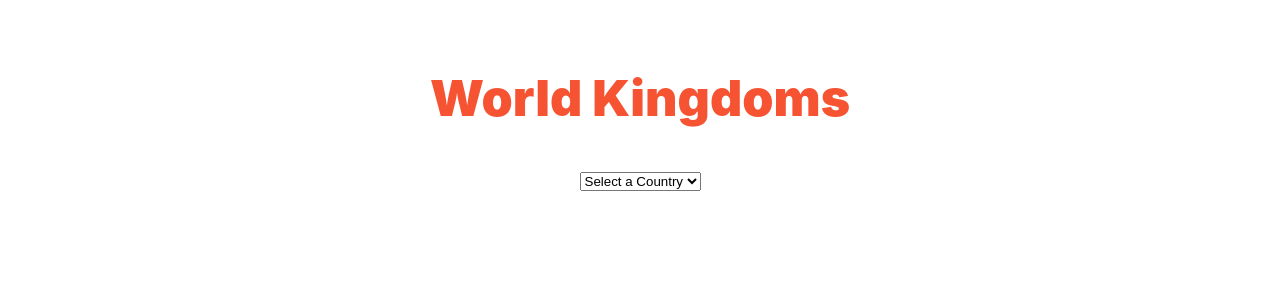
Repository: GloGlorGloria/COMP3170-lab7
Page: /
The author's editor kept a copy of each file at every save. The page is drawn from the files as they stood at one save, then again after the next save.
The browser window is 1280 px wide. The pictures show the whole page.
The page's requests for data from a server got no answer. The project was rebuilt for these pictures with package versions that can differ from the ones it lists, and the page was loaded fresh each time. No one was signed in, and anything a server would have sent is missing. Also part of the build but not shown: vite.config.js, src/components/Details.jsx.

Above is the page before, as saved 2024-11-24 02:15:52.

After the next save:
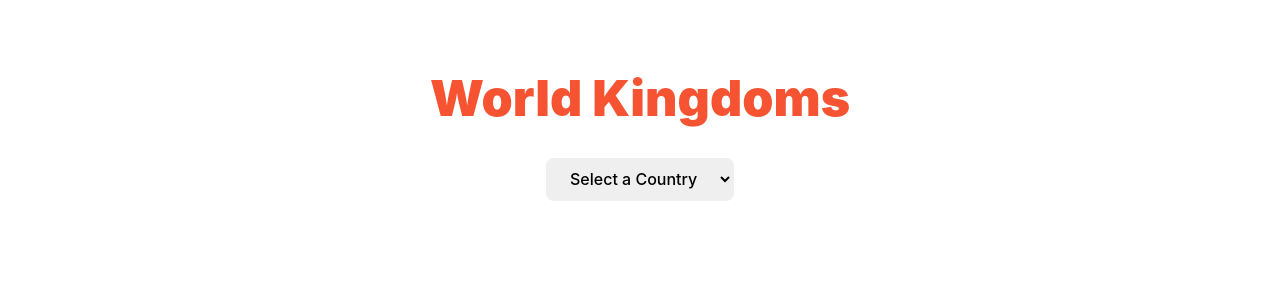
Saved 5 s later.
--- a/src/index.css
+++ b/src/index.css
@@ -33,7 +33,7 @@ h1:hover{
   color: #ed9614;
 } */
 
-.select_container {
+.dropdown {
   border-radius: 8px;
   border: 1px solid transparent;
   padding: 0.6em 1.2em;
